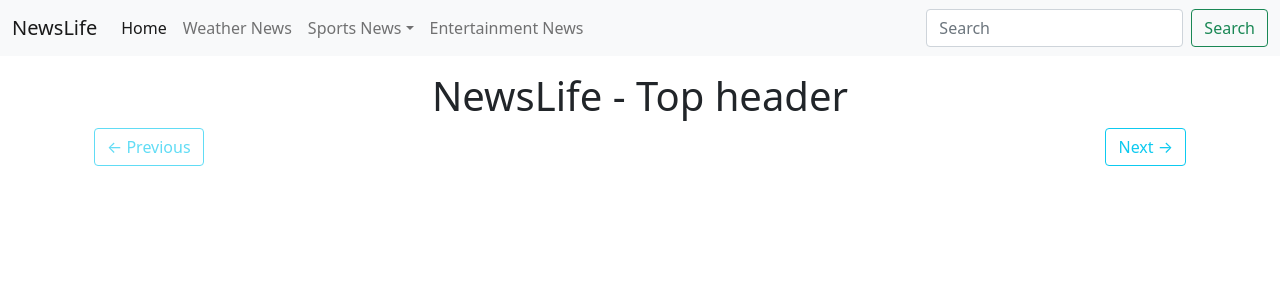
Repository: R-cpu-jpg/Newsapp.github.io
Page: /
These files come from the project's save history. The page is drawn as it stood at one moment and after the next save; the edit follows.
The browser window is 1280 px wide. The pictures show the whole page.
The page's requests for data from a server got no answer. The project was rebuilt for these pictures with package versions that can differ from the ones it lists, and the page was loaded fresh each time. No one was signed in, and anything a server would have sent is missing. Also part of the build but not shown: src/index.css, src/App.css, src/Components/NewsItem.js.

Above is the page before, as saved 2023-01-19 15:08:01.

### public/index.html
<!DOCTYPE html>
<html lang="en">
  <head>
    <meta charset="utf-8" />
    <link rel="icon" href="%PUBLIC_URL%/favicon.ico" />
    <meta name="viewport" content="width=device-width, initial-scale=1" />
    <meta name="theme-color" content="#000000" />
    <meta
      name="description"
      content="NewsLife is the site who grab the most of useful information about the all our world. It is also international website that contains the latest news. If you are interested in news of Weather, Politics, Sports, and Film industries. NewsLife is only for you."
    />
    <link rel="apple-touch-icon" href="%PUBLIC_URL%/logo192.png" />
    <!--
      manifest.json provides metadata used when your web app is installed on a
      user's mobile device or desktop. See https://developers.google.com/web/fundamentals/web-app-manifest/
    -->
    <link rel="manifest" href="%PUBLIC_URL%/manifest.json" />
    <link href="https://cdn.jsdelivr.net/npm/bootstrap@5.0.2/dist/css/bootstrap.min.css" rel="stylesheet" integrity="sha384-EVSTQN3/azprG1Anm3QDgpJLIm9Nao0Yz1ztcQTwFspd3yD65VohhpuuCOmLASjC" crossorigin="anonymous">
    <!--
      Notice the use of %PUBLIC_URL% in the tags above.
      It will be replaced with the URL of the `public` folder during the build.
      Only files inside the `public` folder can be referenced from the HTML.

      Unlike "/favicon.ico" or "favicon.ico", "%PUBLIC_URL%/favicon.ico" will
      work correctly both with client-side routing and a non-root public URL.
      Learn how to configure a non-root public URL by running `npm run build`.
    -->
    <title>NewsLife - get daily news free!</title>
  </head>
  <body>
    <noscript>You need to enable JavaScript to run this app.</noscript>
    <div id="root"></div>
    <!--
      This HTML file is a template.
      If you open it directly in the browser, you will see an empty page.

      You can add webfonts, meta tags, or analytics to this file.
      The build step will place the bundled scripts into the <body> tag.

      To begin the development, run `npm start` or `yarn start`.
      To create a production bundle, use `npm run build` or `yarn build`.
    -->
    <script src="https://cdn.jsdelivr.net/npm/@popperjs/core@2.9.2/dist/umd/popper.min.js" integrity="sha384-IQsoLXl5PILFhosVNubq5LC7Qb9DXgDA9i+tQ8Zj3iwWAwPtgFTxbJ8NT4GN1R8p" crossorigin="anonymous"></script>
<script src="https://cdn.jsdelivr.net/npm/bootstrap@5.0.2/dist/js/bootstrap.min.js" integrity="sha384-cVKIPhGWiC2Al4u+LWgxfKTRIcfu0JTxR+EQDz/bgldoEyl4H0zUF0QKbrJ0EcQF" crossorigin="anonymous"></script>
  </body>
</html>

### src/App.js

import './App.css';

import React, { Component } from 'react'
import Navbar from './Components/Navbar';
import News from './Components/News';

export default class App extends Component {
  render() {
    return (
      <div>
        <Navbar/>
        <News pageSize={5}/>
      </div>
    )
  }
}

### src/Components/Navbar.js
import React, { Component } from 'react'

export class Navbar extends Component {

  render() {
    return (
      <div>
        <nav className="navbar navbar-expand-lg navbar-light bg-light">
            <div className="container-fluid">
                <a className="navbar-brand" href="#">NewsLife</a>
                <button className="navbar-toggler" type="button" data-bs-toggle="collapse" data-bs-target="#navbarSupportedContent" aria-controls="navbarSupportedContent" aria-expanded="false" aria-label="Toggle navigation">
                <span className="navbar-toggler-icon"></span>
                </button>
                <div className="collapse navbar-collapse" id="navbarSupportedContent">
                <ul className="navbar-nav me-auto mb-2 mb-lg-0">
                    <li className="nav-item">
                    <a className="nav-link active" aria-current="page" href="/">Home</a>
                    </li>
                    <li className="nav-item">
                    <a className="nav-link" href="/">Weather News</a>
                    </li>
                    <li className="nav-item dropdown">
                    <a className="nav-link dropdown-toggle" href="/" id="navbarDropdown" role="button" data-bs-toggle="dropdown" aria-expanded="false">
                        Sports News
                    </a>
                    <ul className="dropdown-menu" aria-labelledby="navbarDropdown">
                        <li><a className="dropdown-item" href="/">Basketball</a></li>
                        <li><a className="dropdown-item" href="/">Football</a></li>
                        <li><a className="dropdown-item" href="/">Hockey</a></li>
                        <li><a className="dropdown-item" href="/">Badminton</a></li>
                        <li><a className="dropdown-item" href="/">judo</a></li>
                        <li><hr className="dropdown-divider"/></li>
                        <li><a className="dropdown-item" href="/">More....</a></li>
                    </ul>
                    </li>
                    <li className="nav-item">
                    <a className="nav-link" href="/">Entertainment News</a>
                    </li>
                </ul>
                <form className="d-flex">
                    <input className="form-control me-2" type="search" placeholder="Search" aria-label="Search"/>
                    <button className="btn btn-outline-success" type="submit">Search</button>
                </form>
                </div>
            </div>
        </nav>
      </div>
    )
  }
}

export default Navbar

### src/Components/News.js
import React, { Component } from 'react';

import { NewsItem } from './NewsItem';
import Spinner from './Spinner';

      export class News extends Component {
          constructor(){
              super();
              this.state = {
                  articles: [],
                  loading: false,
                  page:1,

          }
      }

      async componentDidMount(){
          let url = `https://newsapi.org/v2/top-headlines?country=in&apiKey=12c50882365b459b917dc014159fcd84&page=1&pageSize=${this.props.pageSize}`;
          let data = await fetch(url);
          let parsedData = await data.json()
          console.log(parsedData);
          this.setState({articles: parsedData.articles, totalResults: parsedData.totalResults,
            loading: false})

      }

      handlePrevCheck = async () => {
          console.log("Previous");
          let url = `https://newsapi.org/v2/top-headlines?country=in&apiKey=12c50882365b459b917dc014159fcd84&page=${this.state.page - 1}&pageSize=${this.props.pageSize}`;
          {this.setState({loading: true})}
          let data = await fetch(url);
          let parsedData = await data.json()
          console.log(parsedData);
          this.setState({
            page: this.state.page - 1,
            articles: parsedData.articles,
            loading: false
          })
      }

      handleNextCheck = async () => {
        console.log("Next");
        if (!(this.state.page + 1 > Math.ceil(this.state.totalResults/this.props.pageSize))){
        let url = `https://newsapi.org/v2/top-headlines?country=in&apiKey=12c50882365b459b917dc014159fcd84&page=${this.state.page + 1}&pageSize=${this.props.pageSize}`;
        {this.setState({loading: true})}
        let data = await fetch(url);
        let parsedData = await data.json()
        this.setState({
          page: this.state.page + 1,
          articles: parsedData.articles,
          loading: false
        })
      }
      }


    render() {
        return (
            <div className="container my-3">
                <h1 className='text-center'>NewsLife - Top header</h1>
                {this.state.loading &&<Spinner/>}
                <div className="row">
                {this.state.articles.map((element)=>{
                return  <div className="col-md-4" key={element.url}>
                          <NewsItem title={element.title?element.title. slice(0, 45):""} description={element.description?element.description. slice(0, 88):""} imageUrl={element.urlToImage} newsUrl={element.url}></NewsItem>
                        </div>
                })}
                </div>
                <div className="container d-flex justify-content-between">
                  <button disabled={this.state.page<=1} type="button" className="btn btn-outline-info" onClick={this.handlePrevCheck}> &larr; Previous</button>
                  <button disabled={this.state.page + 1 > Math.ceil(this.state.totalResults/this.props.pageSize)} type="button" className="btn btn-outline-info" onClick={this.handleNextCheck}>Next &rarr;</button>
                </div>
            </div>
        )
    }
  }

export default News

### src/Components/Spinner.js
import React, { Component } from 'react'
import loading from './loading.gif'
export class Spinner extends Component {
  render() {
    return (
      <div className="text-center">
        <img src={loading} alt="Loading"/>
      </div>
    )
  }
}

export default Spinner

Loaded but not shown: src/index.js (common file); src/reportWebVitals.js (common file)

After the next save:
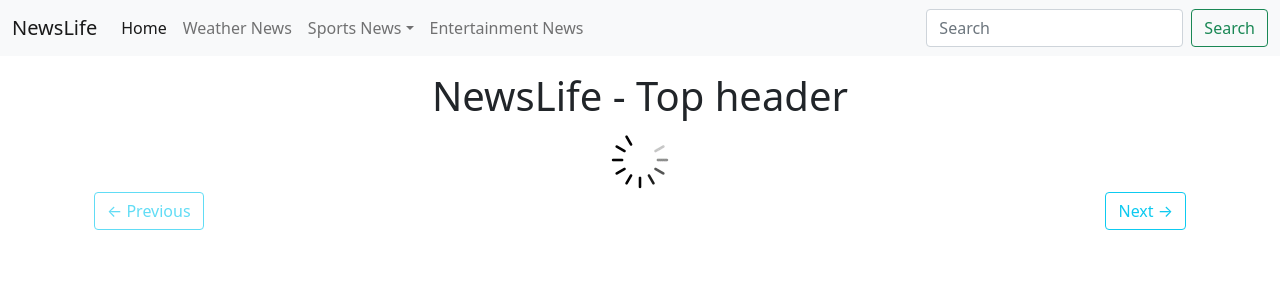
Saved 20 s later.
--- a/src/Components/News.js
+++ b/src/Components/News.js
@@ -16,6 +16,7 @@
 
       async componentDidMount(){
           let url = `https://newsapi.org/v2/top-headlines?country=in&apiKey=12c50882365b459b917dc014159fcd84&page=1&pageSize=${this.props.pageSize}`;
+          {this.setState({loading: true})}
           let data = await fetch(url);
           let parsedData = await data.json()
           console.log(parsedData);
